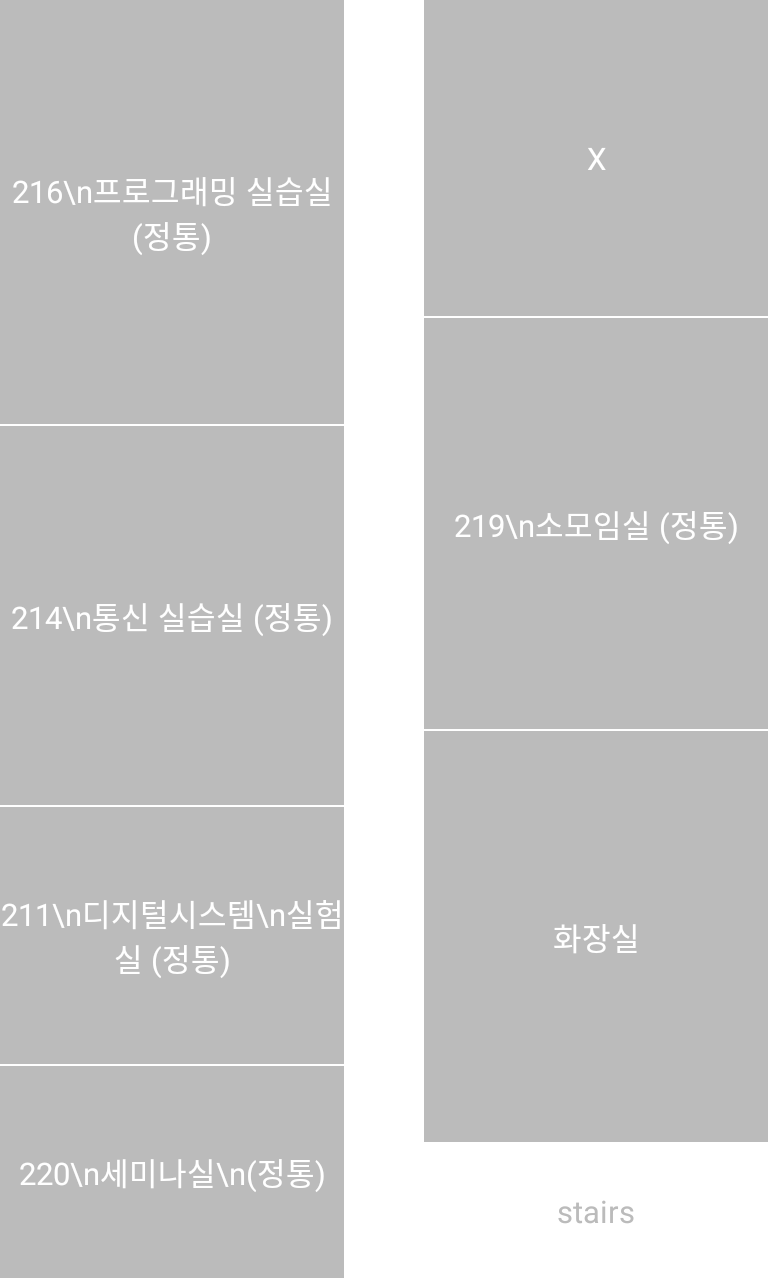
Repository: Choi-HyunWoo/Baddest
Layout: WorkOn_Hyunwoo/hansung.campusmap/res/layout/campus_gonghakb4.xml
The author's editor kept a copy of each file at every save. The layout is drawn from the files as they stood at one save, then again after the next save.
It is drawn on a 768 x 1280 px phone screen (xhdpi) without system bars, with theme android:Theme.Light.NoTitleBar; the app's code is not run.

Above is the layout before, as saved 2014-05-30 13:11:15.

After the next save:
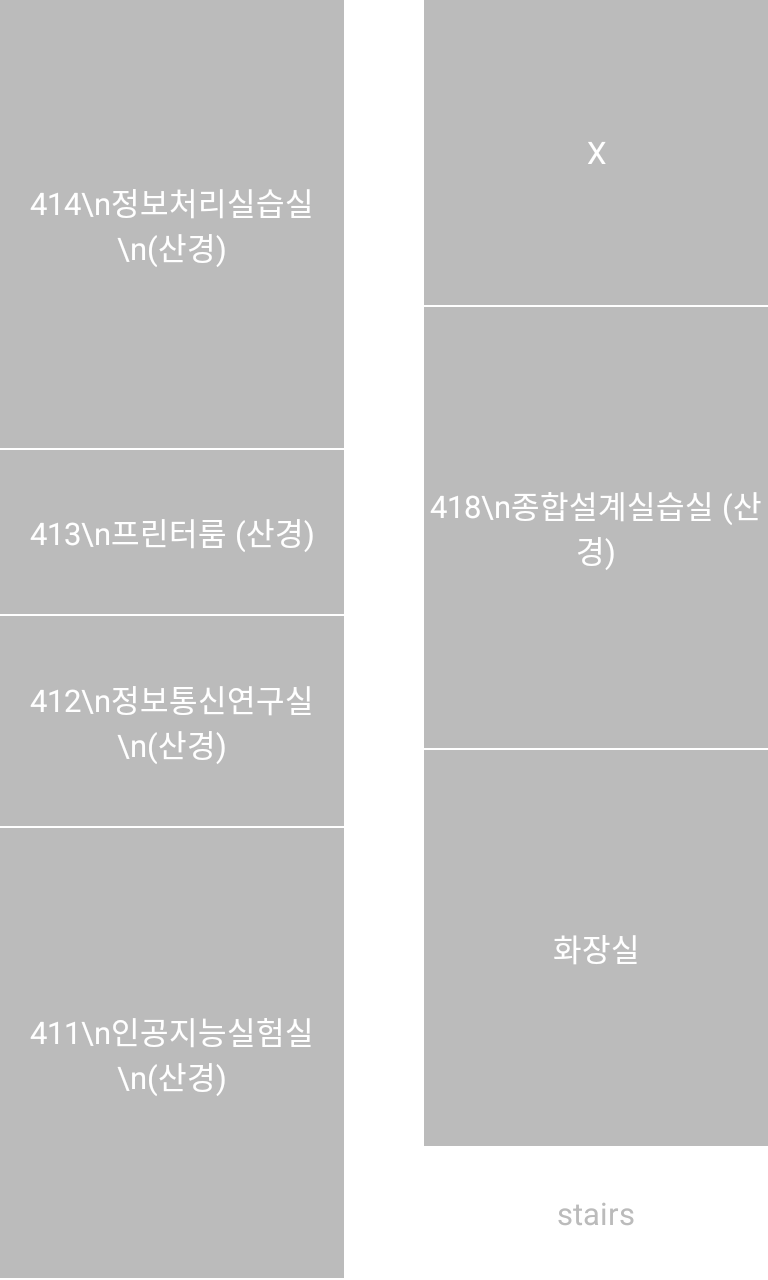
Saved 2 min 25 s later.
--- a/WorkOn_Hyunwoo/hansung.campusmap/res/layout/campus_gonghakb4.xml
+++ b/WorkOn_Hyunwoo/hansung.campusmap/res/layout/campus_gonghakb4.xml
@@ -12,20 +12,20 @@
         android:orientation="vertical" >
 
         <Button
-            android:text="216\n프로그래밍 실습실 (정통)"
-            android:layout_weight="2"
+            android:text="414\n정보처리실습실\n(산경)"
+            android:layout_weight="3"
             style="@style/RoomButton" />
         <Button
-            android:text="214\n통신 실습실 (정통)"
-            android:layout_weight="2"
-            style="@style/RoomButton" />
-        <Button
-            android:text="211\n디지털시스템\n실험실 (정통)"
+            android:text="413\n프린터룸 (산경)"
             android:layout_weight="1"
             style="@style/RoomButton" />
         <Button
-            android:text="220\n세미나실\n(정통)"
+            android:text="412\n정보통신연구실\n(산경)"
             android:layout_weight="1"
+            style="@style/RoomButton" />
+        <Button
+            android:text="411\n인공지능실험실\n(산경)"
+            android:layout_weight="3"
             style="@style/RoomButton" />
 
     </LinearLayout>
@@ -47,7 +47,7 @@
             android:layout_weight="3"
             style="@style/RoomButton" />
         <Button
-            android:text="219\n소모임실 (정통)"
+            android:text="418\n종합설계실습실 (산경)"
             android:layout_weight="4"
             style="@style/RoomButton" />
         <Button
